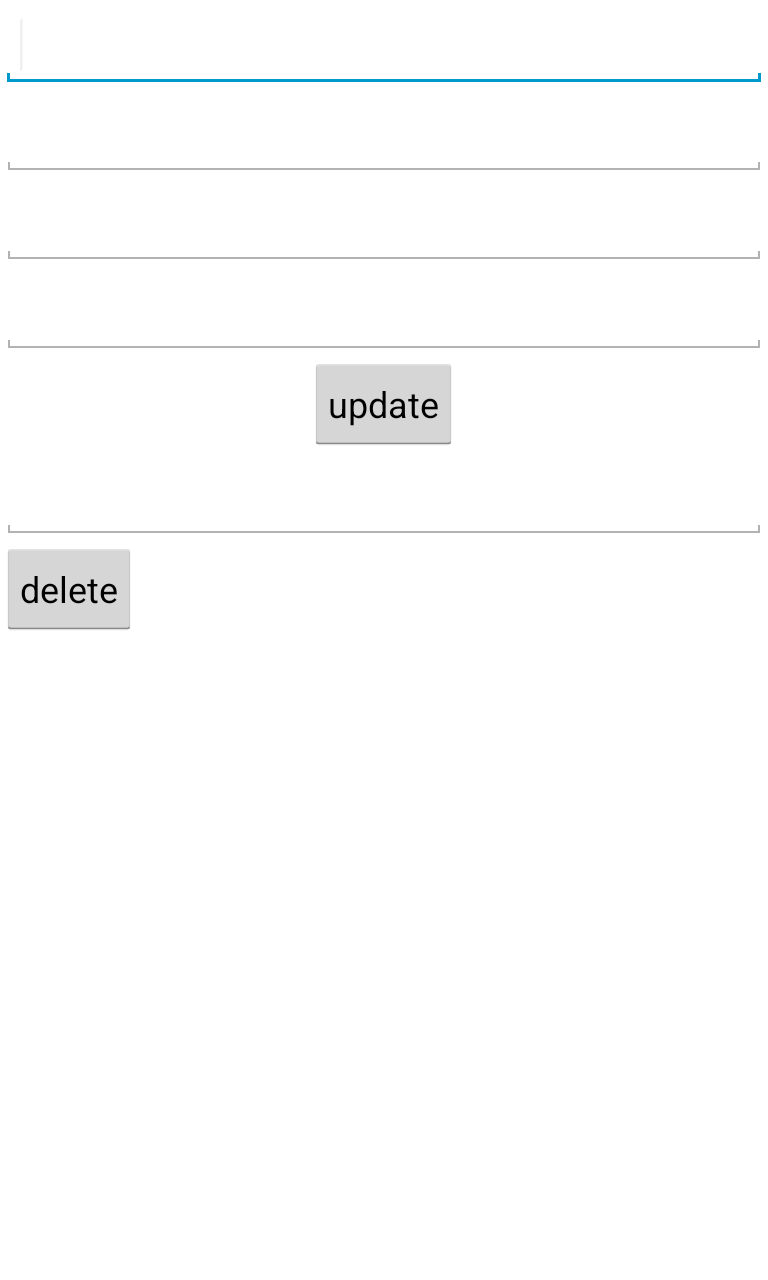
Repository: droidexample/some-practises-sample-example
Layout: VollayWebServiceDemo/res/layout/activity_update.xml
An editor plug-in stored every save of this project. The layout is shown before and after the next save, followed by the edit.
It is drawn on a 768 x 1280 px phone screen (xhdpi) without system bars, with theme AppTheme; the app's code is not run.

Above is the layout before, as saved 2015-06-20 23:13:52.

After the next save:
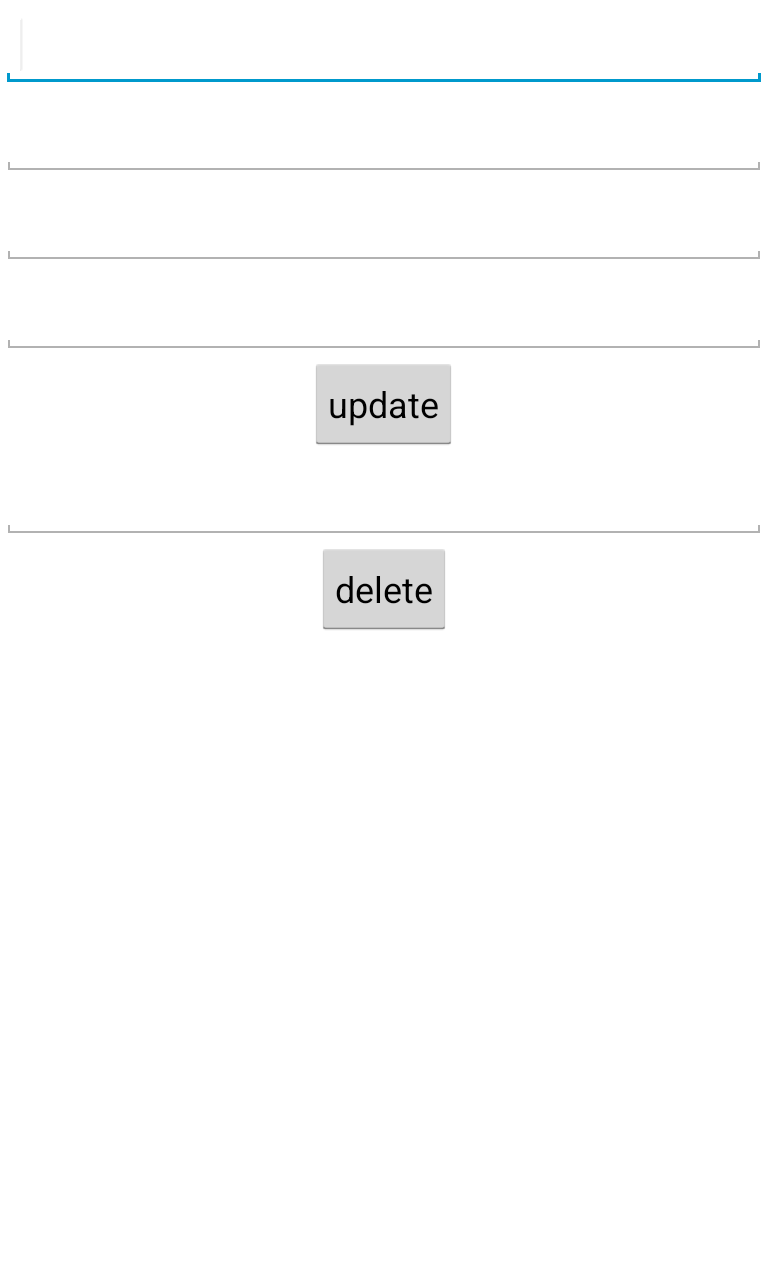
Saved 10 s later.
--- a/VollayWebServiceDemo/res/layout/activity_update.xml
+++ b/VollayWebServiceDemo/res/layout/activity_update.xml
@@ -66,7 +66,7 @@
         android:layout_height="wrap_content"
         android:onClick="show"
         android:padding="10dp"
-        android:gravity="center"
+        android:layout_gravity="center"
         android:text="delete" />
 
 </LinearLayout>
